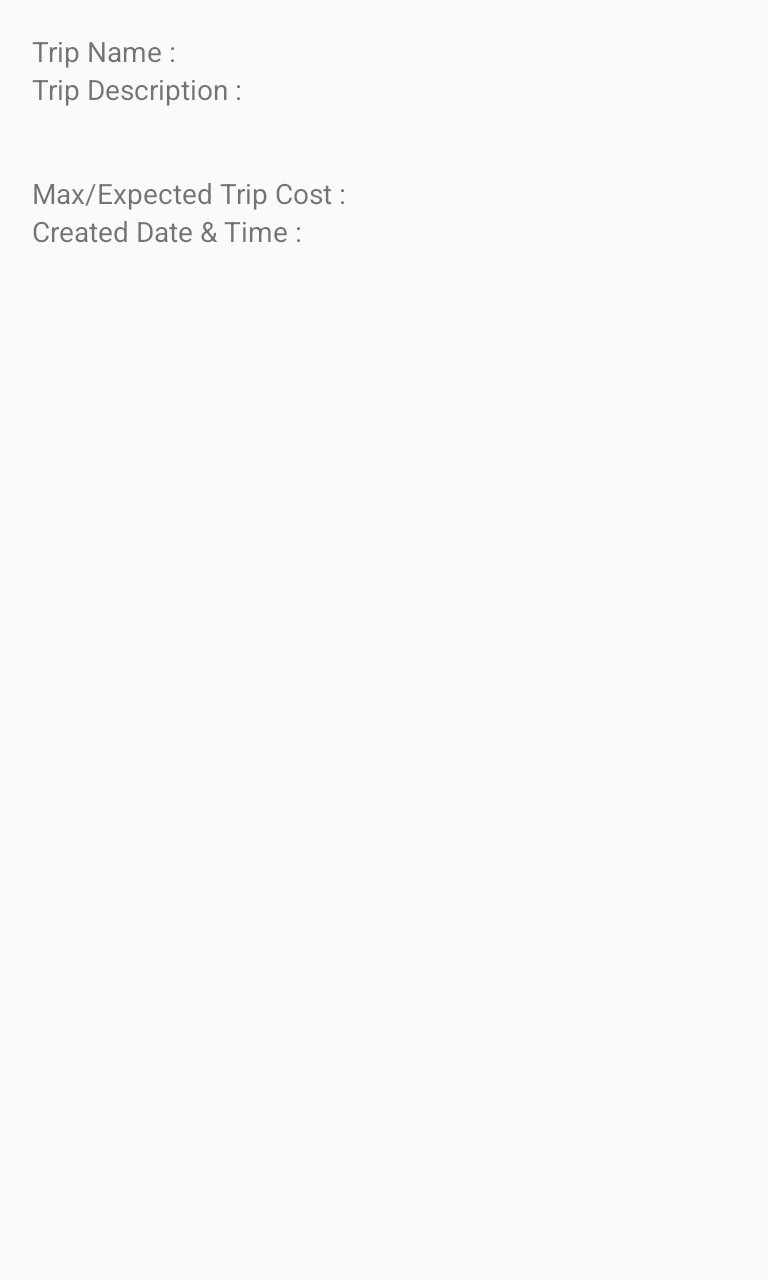
Repository: bandikishores/ShareMyTrip
Layout: ShareMyTrip/res/layout/activity_trip_details.xml
The author's editor kept a copy of each file at every save. The layout is drawn from the files as they stood at one save, then again after the next save.
It is drawn on a 768 x 1280 px phone screen (xhdpi) without system bars, with theme AppTheme; the app's code is not run. Lists and similar views that code fills are empty.

Above is the layout before, as saved 2014-12-28 12:53:40.

After the next save:
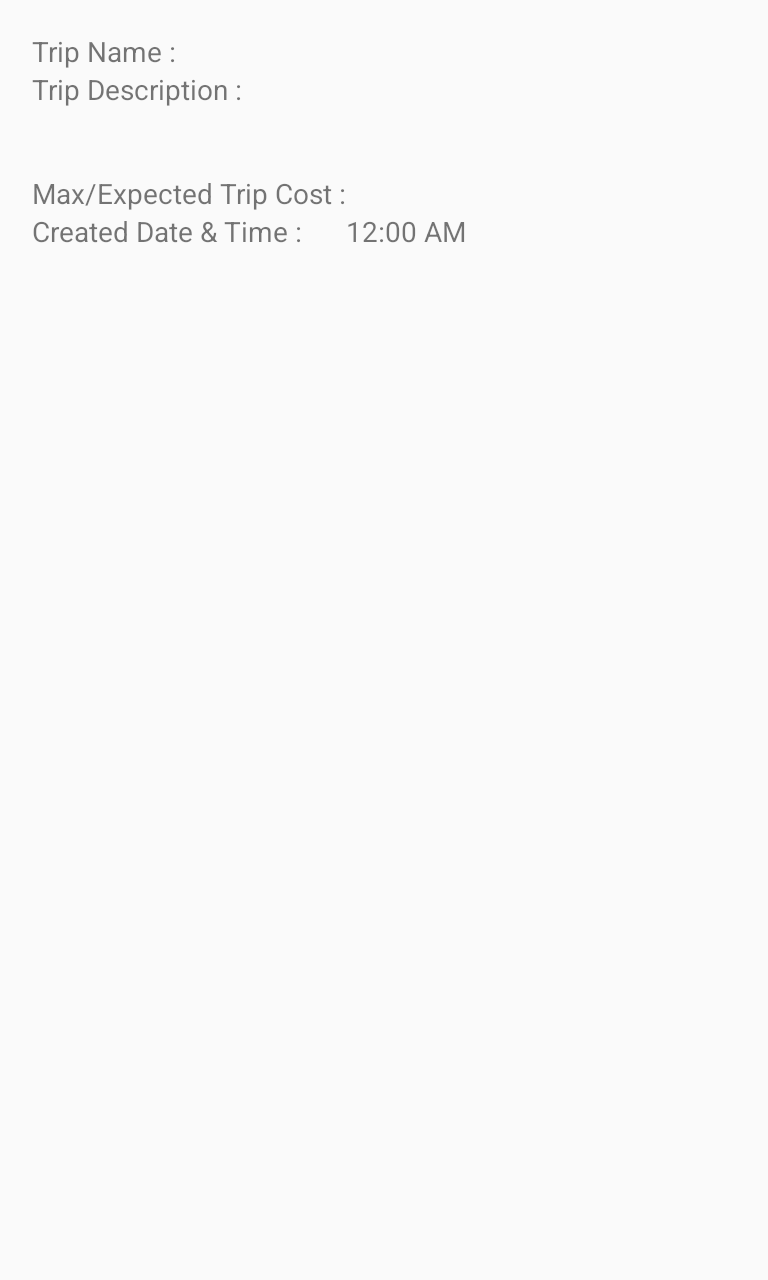
Saved 3 min 34 s later.
--- a/ShareMyTrip/res/layout/activity_trip_details.xml
+++ b/ShareMyTrip/res/layout/activity_trip_details.xml
@@ -77,6 +77,12 @@
                 android:layout_height="wrap_content"
                 android:text="@string/created_dttm" />
 
+            <DigitalClock
+                android:id="@+id/digitalClock1"
+                android:layout_width="wrap_content"
+                android:layout_height="wrap_content"
+                android:text="@string/empty_string" />
+
             <TextView
                 android:id="@+id/createdDttmAsString"
                 android:layout_width="wrap_content"

After the 2 saves that followed:
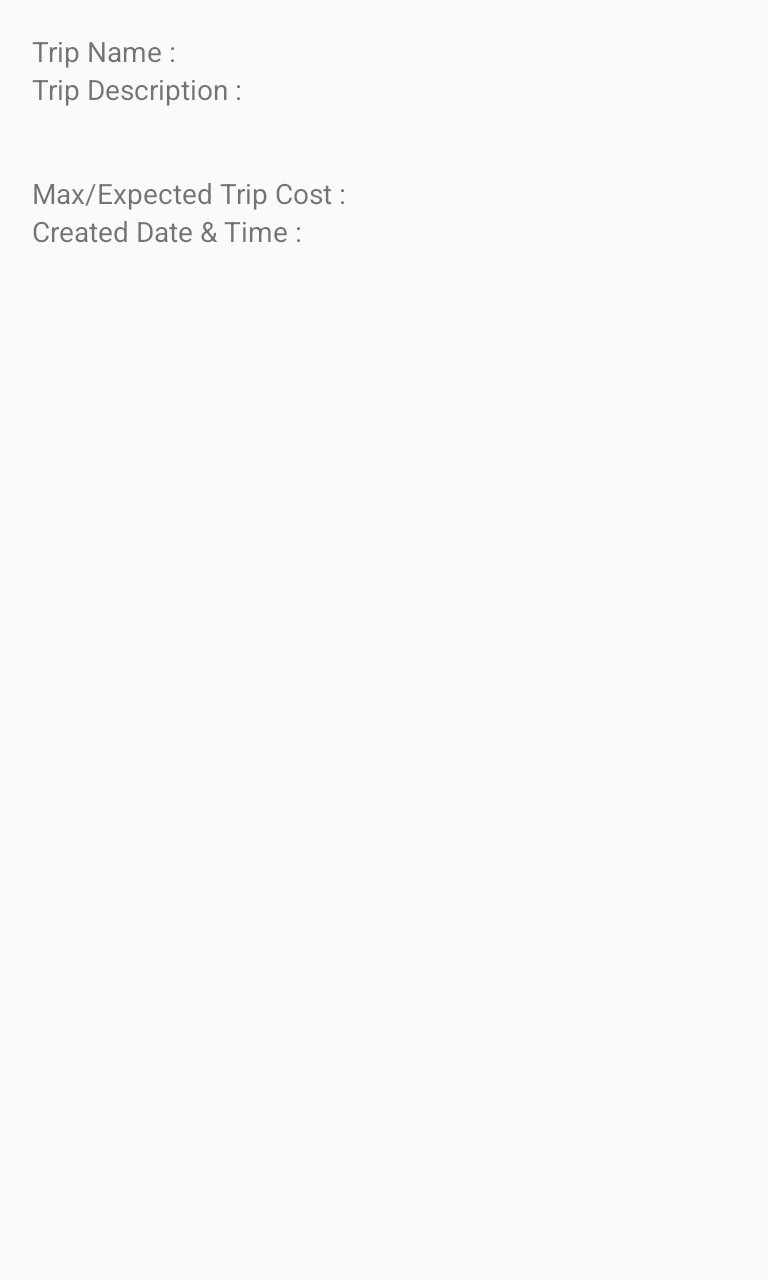
The 2 saves are shown as one change because 1 left the picture as it was.
The last was saved 81 s later.
--- a/ShareMyTrip/res/layout/activity_trip_details.xml
+++ b/ShareMyTrip/res/layout/activity_trip_details.xml
@@ -77,12 +77,6 @@
                 android:layout_height="wrap_content"
                 android:text="@string/created_dttm" />
 
-            <DigitalClock
-                android:id="@+id/digitalClock1"
-                android:layout_width="wrap_content"
-                android:layout_height="wrap_content"
-                android:text="@string/empty_string" />
-
             <TextView
                 android:id="@+id/createdDttmAsString"
                 android:layout_width="wrap_content"
